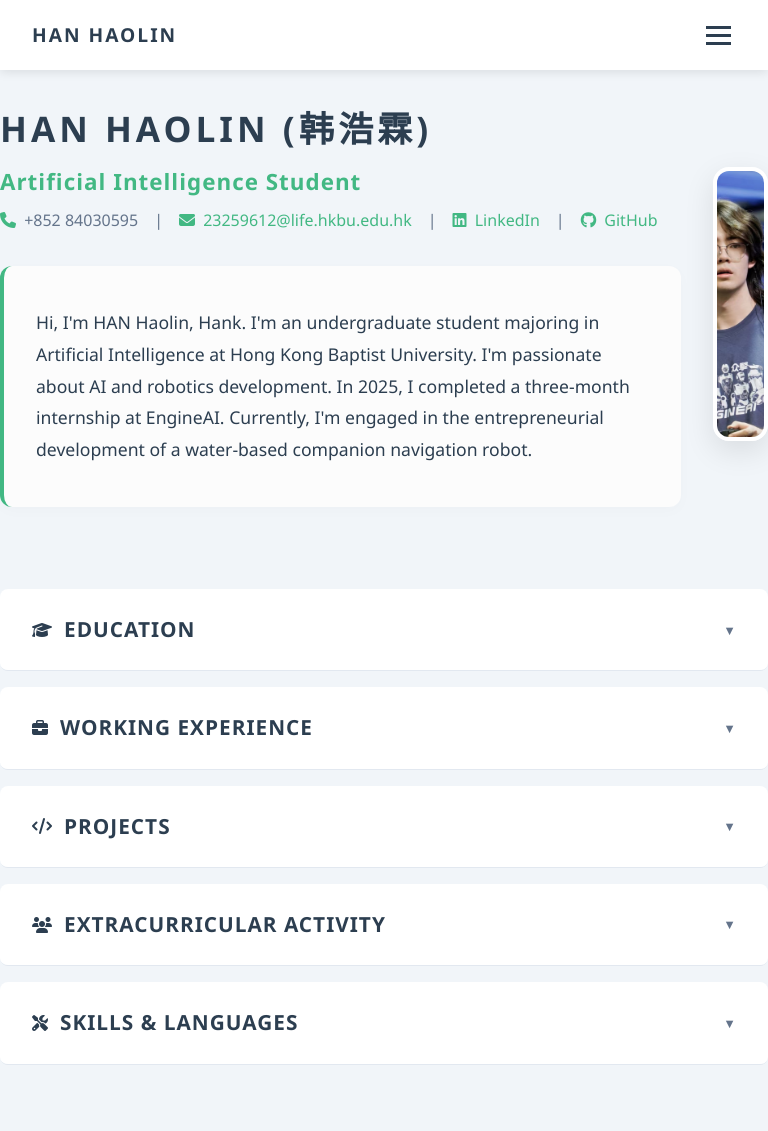
Repository: hhl2802149944-afk/hhl2802149944-afk.github.io
Page: /
These files come from the project's save history. The page is drawn as it stood at one moment and after the next save; the edit follows.
The browser window is 768 px wide. The pictures show the whole page.
The project was rebuilt for these pictures with package versions that can differ from the ones it lists, and the page was loaded fresh each time. Also part of the build but not shown: vite.config.js, src/components/ProjectCard.vue, src/views/MantaRoboticView.vue.

Above is the page before, as saved 2026-01-22 11:15:18.

### index.html
<!DOCTYPE html>
<html lang="en">
  <head>
    <meta charset="UTF-8">
    <link rel="icon" href="/favicon.ico">
    <meta name="viewport" content="width=device-width, initial-scale=1.0">
    <title>Han Haolin - Resume</title>
  </head>
  <body>
    <div id="app"></div>
    <script type="module" src="/src/main.js"></script>
  </body>
</html>

### src/main.js
import { createApp } from 'vue'
import App from './App.vue'
import router from './router'
import './assets/main.css'
import '@fortawesome/fontawesome-free/css/all.css'

const app = createApp(App)

app.use(router)

app.mount('#app')

### src/App.vue
<script setup>
import { RouterView } from 'vue-router'
</script>

<template>
  <RouterView />
</template>

<style>
/* Global styles can go here */
</style>

### src/router/index.js
import { createRouter, createWebHistory } from 'vue-router'
import HomeView from '../views/HomeView.vue'
import MantaRoboticView from '../views/MantaRoboticView.vue'

const router = createRouter({
  history: createWebHistory(import.meta.env.BASE_URL),
  routes: [
    {
      path: '/',
      name: 'home',
      component: HomeView
    },
    {
      path: '/manta-robotic',
      name: 'manta-robotic',
      component: MantaRoboticView
    }
  ]
})

export default router

### src/assets/main.css
:root {
  --primary-color: #2c3e50;
  --secondary-color: #34495e;
  --accent-color: #42b883;
  --text-color: #2c3e50;
  --light-text: #64748b;
  --bg-color: #f1f5f9;
  --card-bg: #ffffff;
  --border-color: #e2e8f0;
}

body {
  margin: 0;
  font-family: 'Segoe UI', Roboto, Helvetica, Arial, sans-serif;
  background-color: var(--bg-color);
  color: var(--text-color);
  line-height: 1.6;
}

.home {
  max-width: 1000px;
  margin: 0 auto;
  min-height: 100vh;
  background-color: white;
  box-shadow: 0 0 20px rgba(0,0,0,0.05);
  padding: 3rem 4rem;
}

h1, h2, h3, h4 {
  color: var(--primary-color);
  margin-top: 0;
}

a {
  color: var(--accent-color);
  text-decoration: none;
  transition: color 0.2s;
}

a:hover {
  color: var(--secondary-color);
  text-decoration: underline;
}

@media (max-width: 768px) {
  .home {
    padding: 2rem;
  }
}

@media (max-width: 480px) {
  .home {
    padding: 1rem;
  }
}

### src/views/HomeView.vue
<script setup>
import NavBar from '../components/NavBar.vue'
import ResumeHeader from '../components/ResumeHeader.vue'
import ResumeSection from '../components/ResumeSection.vue'
import ProjectCard from '../components/ProjectCard.vue'

const resumeData = {
  name: "Han Haolin (韩浩霖)",
  title: "Artificial Intelligence Student",
  summary: "Hi, I'm HAN Haolin, Hank. I'm an undergraduate student majoring in Artificial Intelligence at Hong Kong Baptist University. I'm passionate about AI and robotics development. In 2025, I completed a three-month internship at EngineAI. Currently, I'm engaged in the entrepreneurial development of a water-based companion navigation robot.",
  contact: {
    phone: "+852 84030595",
    email: "23259612@life.hkbu.edu.hk",
    linkedin: "https://linkedin.com/in/HaolinHAN",
    github: "https://github.com/hhl2802149944-afk"
  },
  education: {
    school: "Hong Kong Baptist University",
    major: "Artificial Intelligence",
    gpa: "3.01/4",
    courses: ["Artificial Intelligence and Machine Learning", "Software Engineering", "Data Communications and Networking"]
  },
  experience: [
    {
      name: "EngineAI Robotics Technology Co., Ltd.",
      date: "May - Aug 2025",
      role: "Robot Embedded Software Intern",
      details: [
        "Learning robot embedded software development based on the Ubuntu system, conducting factory testing of products and developing with the Intel RealSense D435i.",
        "Participate in world-class artificial intelligence exhibitions such as Macau EXPO and WRC, showcasing company products while conducting market research and sales activities"
      ]
    },
    {
      name: "Student Helper for Computer Science",
      date: "Nov - Dec 2024",
      role: "Hong Kong Baptist University",
      details: [
        "Facilitated weekly Python programming labs under professor supervision.",
        "Providing hands-on coding guidance to 30+ undergraduate students."
      ]
    }
  ],
  projects: [
    {
      name: "Internship Management System Documentation",
      date: "Oct 2025 - Dec 2025",
      role: "Software Engineering Project",
      details: [
        "Proposal for Enhancements and Testing Plan for the Internship System.",
        "Total: 105 pages, 13,377 words."
      ]
    },
    {
      name: "Online Multiplayer Drawing and Chat Platform",
      date: "2025",
      role: "Full-Stack Developer",
      details: [
        "Designed and implemented a real-time multiplayer drawing and chat system.",
        "Full-Stack Design for a Library Management Website."
      ]
    },
    {
      name: "Java Game Development Portfolio",
      date: "2024",
      role: "Game Programmer",
      details: [
        "Successfully developed three classic games: Labyrinth, Tetris, and Modern Art.",
        "Designed and developed an original computer game as an independent project."
      ]
    },
    {
      name: "Soccer Recognition AI System",
      date: "2025",
      role: "AI Developer",
      details: [
        "Developed an autonomous model for identifying and tracking players and the ball in soccer footage.",
        "Implemented computer vision algorithms to process real-time sports video data."
      ]
    }
  ],
  extracurricular: [
    {
      name: "Internal Vice President",
      date: "Apr 2024 - Apr 2025",
      role: "HKBU Chinese Students and Scholars Association",
      details: [
        "Communicated with executive board members, organized team building, and improved cohesion.",
        "Organised a two-week orientation programme for 300 new mainland students.",
        "Managed a total of 13 events during the year."
      ]
    },
    {
      name: "ROBOCON 2025，HKBU",
      date: "Dec 2024 - Jan 2025",
      role: "Mechanical Design and Programming Engineer",
      details: [
        "Mechanical designer for the HKBU team in the 2025 Robocon robotics competition.",
        "Assisted with site identification and programming of AI autonomous task modules."
      ]
    }
  ],
  skills: {
    programming: ["Python", "Java", "Javascript", "HTML", "Markdown"],
    ai_tech: ["CNN", "RNN", "GAN", "Ubuntu"],
    publicity: ["Canva", "WeChat Public", "Capcut"]
  },
  languages: [
    { name: "Mandarin", level: "Native" },
    { name: "English", level: "Fluent" },
    { name: "Cantonese", level: "Basic" }
  ]
}
</script>

<template>
  <NavBar />
  <main class="resume-container">
    <ResumeHeader
      :name="resumeData.name"
      :title="resumeData.title"
      :contact="resumeData.contact"
      :summary="resumeData.summary"
    />

    <ResumeSection title="Education" id="education">
      <template #icon><i class="fas fa-graduation-cap"></i></template>
      <div class="education-item">
        <div class="edu-header">
          <h3>{{ resumeData.education.school }}</h3>
          <span class="gpa">cGPA: {{ resumeData.education.gpa }}</span>
        </div>
        <p class="major">Major: {{ resumeData.education.major }}</p>
        <p class="courses"><strong>Core Courses:</strong> {{ resumeData.education.courses.join(', ') }}</p>
      </div>
    </ResumeSection>

    <ResumeSection title="Working Experience" id="experience">
      <template #icon><i class="fas fa-briefcase"></i></template>
      <ProjectCard
        v-for="(exp, index) in resumeData.experience"
        :key="index"
        :project="exp"
      />
    </ResumeSection>

    <ResumeSection title="Projects" id="projects">
      <template #icon><i class="fas fa-code"></i></template>
      <ProjectCard
        v-for="(proj, index) in resumeData.projects"
        :key="index"
        :project="proj"
      />
    </ResumeSection>

    <ResumeSection title="Extracurricular Activity" id="extracurricular">
      <template #icon><i class="fas fa-users"></i></template>
      <ProjectCard
        v-for="(item, index) in resumeData.extracurricular"
        :key="index"
        :project="item"
      />
    </ResumeSection>

    <ResumeSection title="Skills & Languages" id="skills">
      <template #icon><i class="fas fa-tools"></i></template>
      <div class="skills-lang-grid">
        <div class="skills-grid">
          <div class="skill-category">
            <h4>Programming</h4>
            <div class="skill-tags">
              <span v-for="skill in resumeData.skills.programming" :key="skill" class="tag">{{ skill }}</span>
            </div>
          </div>
          <div class="skill-category">
            <h4>AI & Tools</h4>
            <div class="skill-tags">
              <span v-for="skill in resumeData.skills.ai_tech" :key="skill" class="tag">{{ skill }}</span>
            </div>
          </div>
          <div class="skill-category">
            <h4>Publicity & Design</h4>
            <div class="skill-tags">
              <span v-for="skill in resumeData.skills.publicity" :key="skill" class="tag">{{ skill }}</span>
            </div>
          </div>
        </div>

        <div class="lang-list">
          <div v-for="lang in resumeData.languages" :key="lang.name" class="lang-item">
            <span class="lang-name">{{ lang.name }}</span>
            <span class="lang-level">{{ lang.level }}</span>
          </div>
        </div>
      </div>
    </ResumeSection>
  </main>
</template>

<style scoped>
.resume-container {
  padding-bottom: 50px;
}

.education-item {
  margin-bottom: 1.5rem;
}

.edu-header {
  display: flex;
  justify-content: space-between;
  align-items: center;
}

.major {
  font-weight: bold;
  color: var(--accent-color);
  margin: 0.2rem 0;
}

.courses {
  font-size: 0.9rem;
  color: #555;
}

.skills-lang-grid {
  display: grid;
  grid-template-columns: 2fr 1fr;
  gap: 2rem;
  align-items: start;
}

.skills-grid {
  display: flex;
  flex-direction: column;
  gap: 1.5rem;
}

.skill-category h4 {
  margin-bottom: 1rem;
  color: var(--secondary-color);
  border-bottom: 1px solid #ddd;
  padding-bottom: 0.3rem;
  font-size: 1rem;
}

.skill-tags {
  display: flex;
  flex-wrap: wrap;
  gap: 0.5rem;
}

.tag {
  background: #eef2f7;
  padding: 0.3rem 0.8rem;
  border-radius: 15px;
  font-size: 0.85rem;
  color: var(--primary-color);
}

.lang-list {
  display: flex;
  flex-direction: column;
  gap: 0.8rem;
}

.lang-item {
  display: flex;
  justify-content: space-between;
  padding: 0.5rem;
  background: white;
  border-radius: 4px;
  border-left: 3px solid var(--accent-color);
  box-shadow: 0 1px 3px rgba(0,0,0,0.05);
}

.lang-name {
  font-weight: bold;
}

.lang-level {
  color: #666;
  font-size: 0.9rem;
}

@media (max-width: 768px) {
  .skills-lang-grid {
    grid-template-columns: 1fr;
  }
}
</style>

### src/components/NavBar.vue
<script setup>
import { ref } from 'vue'
import { useRouter, useRoute } from 'vue-router'

const router = useRouter()
const route = useRoute()
const isMenuOpen = ref(false)

const sections = [
  { id: 'education', name: 'Education' },
  { id: 'experience', name: 'Working Experience' },
  { id: 'projects', name: 'Projects' },
  { id: 'extracurricular', name: 'Extracurricular' },
  { id: 'skills', name: 'Skills & Languages' }
]

const scrollToSection = async (id) => {
  if (route.name !== 'home') {
    await router.push({ name: 'home' })
    // Wait for the DOM to update
    setTimeout(() => {
      const el = document.getElementById(id)
      if (el) {
        el.scrollIntoView({ behavior: 'smooth' })
      }
    }, 100)
  } else {
    const el = document.getElementById(id)
    if (el) {
      el.scrollIntoView({ behavior: 'smooth' })
    }
  }
  isMenuOpen.value = false
}

const goToMantaRobotic = () => {
  router.push({ name: 'manta-robotic' })
  isMenuOpen.value = false
}
</script>

<template>
  <nav class="navbar">
    <div class="nav-container">
      <div class="nav-logo" @click="scrollToSection('hero')">HAN HAOLIN</div>

      <div class="nav-links" :class="{ 'nav-active': isMenuOpen }">
        <div v-for="section in sections"
             :key="section.id"
             class="nav-item"
             @click="scrollToSection(section.id)">
          {{ section.name }}
        </div>
        <div class="nav-item highlight" @click="goToMantaRobotic">
          MantaRobotic
        </div>
        <a href="/assets/HAN Haolin's CV.pdf" target="_blank" class="nav-item cv-button">
          <i class="fas fa-file-pdf"></i> View CV
        </a>
      </div>

      <div class="burger" @click="isMenuOpen = !isMenuOpen">
        <div class="line1"></div>
        <div class="line2"></div>
        <div class="line3"></div>
      </div>
    </div>
  </nav>
</template>

<style scoped>
.navbar {
  position: fixed;
  top: 0;
  left: 0;
  width: 100%;
  height: 70px;
  background: white;
  display: flex;
  justify-content: center;
  align-items: center;
  z-index: 1000;
  box-shadow: 0 2px 10px rgba(0,0,0,0.1);
}

.nav-container {
  width: 100%;
  max-width: 1000px;
  display: flex;
  justify-content: space-between;
  align-items: center;
  padding: 0 4rem;
}

.nav-logo {
  font-weight: bold;
  font-size: 1.2rem;
  letter-spacing: 2px;
  cursor: pointer;
  color: var(--primary-color);
}

.nav-links {
  display: flex;
  gap: 2rem;
}

.nav-item {
  cursor: pointer;
  font-weight: 500;
  color: var(--secondary-color);
  transition: color 0.3s;
  font-size: 0.9rem;
  text-transform: uppercase;
}

.nav-item:hover {
  color: var(--accent-color);
}

.nav-item.highlight {
  color: #e67e22;
  font-weight: bold;
}

.cv-button {
  background: var(--accent-color);
  color: white !important;
  padding: 5px 15px;
  border-radius: 20px;
  transition: transform 0.2s, background 0.2s;
  text-decoration: none !important;
}

.cv-button:hover {
  transform: translateY(-2px);
  background: var(--secondary-color);
}

.burger {
  display: none;
  cursor: pointer;
}

.burger div {
  width: 25px;
  height: 3px;
  background-color: var(--primary-color);
  margin: 5px;
  transition: all 0.3s ease;
}

@media screen and (max-width: 768px) {
  .nav-container {
    padding: 0 2rem;
  }

  .nav-links {
    position: absolute;
    right: 0px;
    height: 92vh;
    top: 70px;
    background-color: white;
    display: flex;
    flex-direction: column;
    align-items: center;
    width: 50%;
    transform: translateX(100%);
    transition: transform 0.5s ease-in;
    padding-top: 2rem;
  }

  .nav-links.nav-active {
    transform: translateX(0%);
  }

  .burger {
    display: block;
  }
}

@media screen and (max-width: 480px) {
  .nav-container {
    padding: 0 1rem;
  }
}
</style>

### src/components/ResumeHeader.vue
<script setup>
defineProps({
  name: String,
  title: String,
  contact: Object,
  summary: String
})

const imageUrl = '/assets/HAN Haolin.jpg'
</script>

<template>
  <header class="resume-header" id="hero">
    <div class="header-content">
      <div class="profile-pic-container">
        <img :src="imageUrl" alt="Han Haolin" class="profile-pic">
      </div>
      <div class="text-info">
        <h1>{{ name }}</h1>
        <p class="subtitle">{{ title }}</p>
        <div class="contact-info">
          <span><i class="fas fa-phone"></i> {{ contact.phone }}</span> |
          <a :href="'mailto:' + contact.email"><i class="fas fa-envelope"></i> {{ contact.email }}</a> |
          <a :href="contact.linkedin" target="_blank"><i class="fab fa-linkedin"></i> LinkedIn</a> |
          <a :href="contact.github" target="_blank"><i class="fab fa-github"></i> GitHub</a>
        </div>
        <div class="about-me">
          <p>{{ summary }}</p>
        </div>
      </div>
    </div>
  </header>
</template>

<style scoped>
.resume-header {
  padding: 100px 0 50px 0;
  margin-bottom: 2rem;
  text-align: left;
}

.header-content {
  display: flex;
  flex-direction: row-reverse;
  justify-content: space-between;
  align-items: center;
  gap: 2rem;
}

.text-info {
  max-width: 700px;
}

h1 {
  margin: 0;
  font-size: 3rem;
  text-transform: uppercase;
  letter-spacing: 4px;
  color: var(--primary-color);
}

.subtitle {
  font-size: 1.4rem;
  color: var(--accent-color);
  font-weight: 600;
  margin: 0.5rem 0;
  letter-spacing: 1px;
}

.contact-info {
  font-size: 1rem;
  color: var(--light-text);
  margin-bottom: 2rem;
  display: flex;
  justify-content: flex-start;
  align-items: center;
  gap: 1rem;
  flex-wrap: wrap;
}

.contact-info i {
  color: var(--accent-color);
  margin-right: 4px;
}

.about-me {
  text-align: left;
  line-height: 1.8;
  font-size: 1.1rem;
  color: var(--text-color);
  background: #fcfcfc;
  padding: 1.5rem 2rem;
  border-radius: 12px;
  border-left: 4px solid var(--accent-color);
  box-shadow: 0 4px 15px rgba(0,0,0,0.02);
}

.profile-pic-container {
  width: 288px; /* 240 * 1.2 */
  height: 384px; /* 320 * 1.2 */
  border-radius: 16px;
  overflow: hidden;
  box-shadow: 0 10px 30px rgba(0,0,0,0.1);
  border: 4px solid white;
}

.profile-pic {
  width: 120%;
  height: 120%;
  object-fit: cover;
}

@media (max-width: 768px) {
  h1 { font-size: 2.2rem; }
  .profile-pic-container {
    width: 200px;
    height: 266px;
  }
}
</style>

### src/components/ResumeSection.vue
<script setup>
import { ref } from 'vue'

defineProps({
  title: String,
  id: String
})

const isOpen = ref(false)
</script>

<template>
  <section :id="id" class="resume-section">
    <div class="section-header" @click="isOpen = !isOpen">
      <div class="title-with-icon">
        <slot name="icon"></slot>
        <h2>{{ title }}</h2>
      </div>
      <span class="toggle-icon" :class="{ 'is-open': isOpen }">▼</span>
    </div>
    <transition name="fade">
      <div v-if="isOpen" class="section-content">
        <slot></slot>
      </div>
    </transition>
  </section>
</template>

<style scoped>
.resume-section {
  margin-bottom: 1rem;
  background: white;
  border-radius: 8px;
  overflow: hidden;
  border-bottom: 1px solid var(--border-color);
}

.section-header {
  padding: 1.5rem 2rem;
  display: flex;
  justify-content: space-between;
  align-items: center;
  cursor: pointer;
  background: #fff;
  transition: background 0.3s;
}

.section-header:hover {
  background: #fcfcfc;
}

.title-with-icon {
  display: flex;
  align-items: center;
  gap: 12px;
}

.title-with-icon i {
  color: var(--accent-color);
  font-size: 1.2rem;
}

h2 {
  font-size: 1.3rem;
  margin: 0;
  text-transform: uppercase;
  letter-spacing: 1px;
  color: var(--primary-color);
}

.toggle-icon {
  font-size: 0.8rem;
  transition: transform 0.3s;
  color: var(--light-text);
}

.toggle-icon.is-open {
  transform: rotate(180deg);
}

.section-content {
  padding: 0 2rem 2rem 2rem;
}

.fade-enter-active, .fade-leave-active {
  transition: opacity 0.3s ease, transform 0.3s ease;
}

.fade-enter-from, .fade-leave-to {
  opacity: 0;
  transform: translateY(-10px);
}
</style>

After the next save:
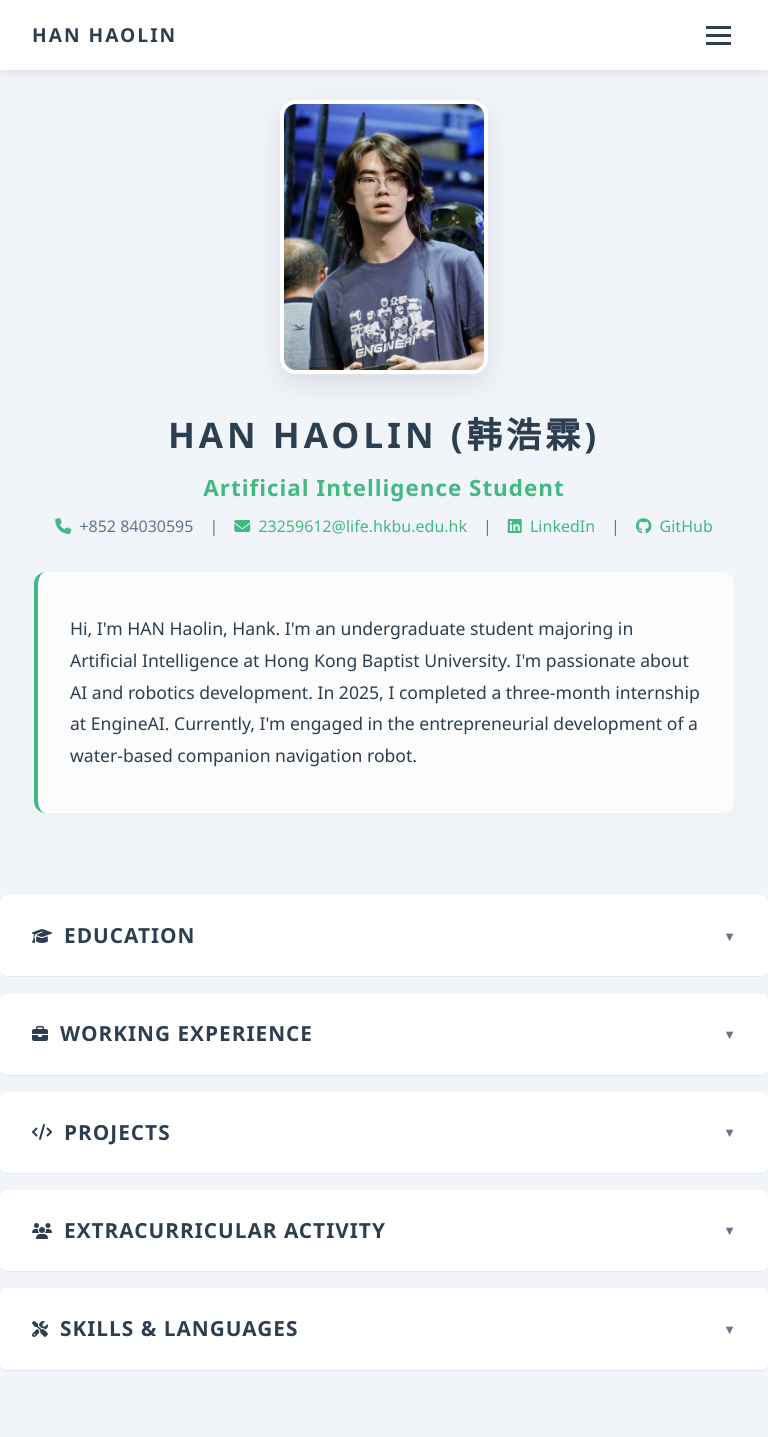
Saved 4 s later.
--- a/src/components/ResumeHeader.vue
+++ b/src/components/ResumeHeader.vue
@@ -117,4 +117,14 @@ h1 {
     height: 266px;
   }
 }
+@media (max-width: 768px) {
+  .header-content {
+    flex-direction: column;
+    text-align: center;
+  }
+
+  .contact-info {
+    justify-content: center;
+  }
+}
 </style>
